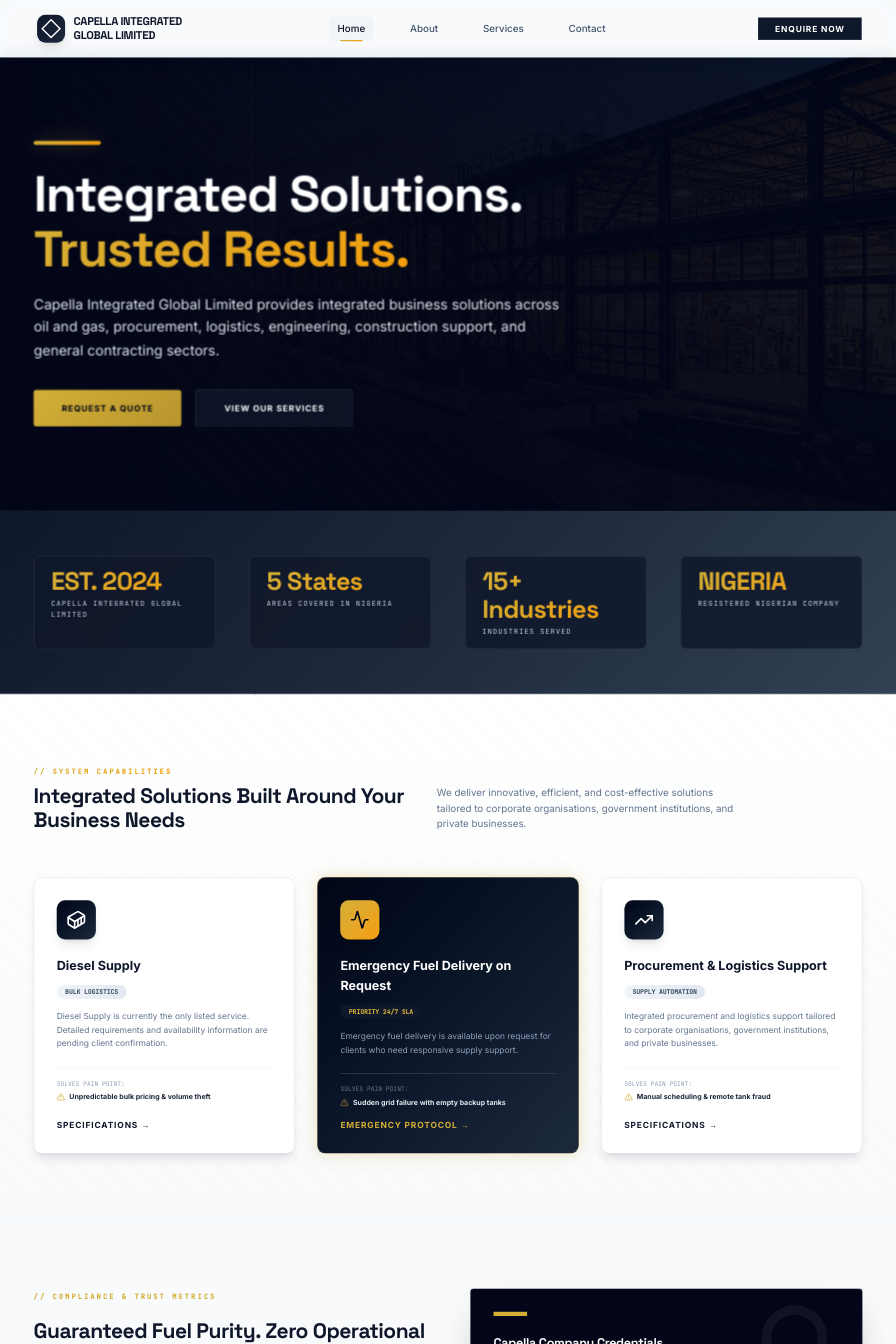
Repository: Jessic-asomugha/primo
Page: /
The author's editor kept a copy of each file at every save. The page is drawn from the files as they stood at one save, then again after the next save.
The browser window is 1280 px wide. The pictures show the part of the page from y = 0 to 1920 px (the page is 4037 px tall), at 70% of full size.
The project was rebuilt for these pictures with package versions that can differ from the ones it lists, and the page was loaded fresh each time. Also part of the build but not shown: vite.config.ts, src/components/AboutView.tsx, src/components/ServicesView.tsx, src/components/ContactView.tsx, src/components/EnquiryView.tsx.

Above is the page before, as saved 2026-08-06 12:17:08.

### index.html
<!doctype html>
<html lang="en">
  <head>
    <meta charset="UTF-8" />
    <meta name="viewport" content="width=device-width, initial-scale=1.0" />
    <meta name="description" content="Capella Integrated Global Limited provides integrated business solutions in Nigeria." />
    <title>Capella Integrated Global Limited | Integrated Solutions. Trusted Results.</title>
  </head>
  <body>
    <div id="root"></div>
    <script type="module" src="/src/main.tsx"></script>
  </body>
</html>

### src/main.tsx
import {StrictMode} from 'react';
import {createRoot} from 'react-dom/client';
import App from './App.tsx';
import './index.css';

createRoot(document.getElementById('root')!).render(
  <StrictMode>
    <App />
  </StrictMode>,
);

### src/App.tsx
/**
 * @license
 * SPDX-License-Identifier: Apache-2.0
 */

import React, { useState, useEffect } from 'react';
import { ActiveView } from './types';
import Header from './components/Header';
import Footer from './components/Footer';
import HomeView from './components/HomeView';
import AboutView from './components/AboutView';
import ServicesView from './components/ServicesView';
import ContactView from './components/ContactView';
import EnquiryView from './components/EnquiryView';

export default function App() {
  const [currentView, setView] = useState<ActiveView>(ActiveView.HOME);
  const [selectedServiceInquiry, setSelectedServiceInquiry] = useState<string>('');

  // Scroll to top on view changes
  useEffect(() => {
    window.scrollTo({ top: 0, behavior: 'instant' as any });
  }, [currentView]);

  // View dispatcher
  const renderView = () => {
    switch (currentView) {
      case ActiveView.HOME:
        return <HomeView setView={setView} />;
      case ActiveView.ABOUT:
        return <AboutView setView={setView} />;
      case ActiveView.SERVICES:
        return <ServicesView setView={setView} setSelectedServiceInquiry={setSelectedServiceInquiry} />;
      case ActiveView.CONTACT:
        return (
          <ContactView
            selectedServiceInquiry={selectedServiceInquiry}
            setSelectedServiceInquiry={setSelectedServiceInquiry}
          />
        );
      case ActiveView.ENQUIRY:
        return <EnquiryView selectedServiceInquiry={selectedServiceInquiry} setSelectedServiceInquiry={setSelectedServiceInquiry} />;
      default:
        return <HomeView setView={setView} />;
    }
  };

  return (
    <div className="min-h-screen flex flex-col bg-slate-50 text-slate-800">

      {/* Header element */}
      <Header currentView={currentView} setView={setView} />

      {/* Main view container */}
      <main className="flex-grow">
        {renderView()}
      </main>

      {/* Footer element */}
      <Footer setView={setView} currentView={currentView} />

    </div>
  );
}

### src/index.css
@import url('https://fonts.googleapis.com/css2?family=Inter:wght@400;500;600;700&family=Space+Grotesk:wght@500;600;700&family=JetBrains+Mono:wght@400;500&display=swap');
@import "tailwindcss";

@theme {
  --font-sans: "Inter", ui-sans-serif, system-ui, sans-serif;
  --font-display: "Space Grotesk", sans-serif;
  --font-mono: "JetBrains Mono", ui-monospace, SFMono-Regular, monospace;

  /* Custom Corporate Industrial Theme - Professional Polish Theme */
  --color-brand-900: #0f172a; /* slate-900 */
  --color-brand-850: #1e293b; /* slate-800 */
  --color-brand-800: #1e293b;
  --color-brand-700: #334155; /* slate-700 */
  --color-brand-600: #475569; /* slate-600 */
  --color-brand-100: #f1f5f9; /* slate-100 */
  --color-brand-50: #f8fafc;  /* slate-50 */
  --color-brand-orange: #D4AF37;
  --color-brand-orange-hover: #B8962E;
  --color-brand-accent: #f59e0b;
}

/* Custom CSS Scrollbar and styling */
html {
  scroll-behavior: smooth;
  font-family: var(--font-sans);
}

body {
  background-color: #fafafa;
  color: #1e293b;
  overflow-x: hidden;
}

/* Custom fade-in and utility styles */
.text-display {
  font-family: var(--font-display);
}

.text-mono {
  font-family: var(--font-mono);
}

.industrial-pattern {
  background-image: repeating-linear-gradient(45deg, rgba(51, 65, 85, 0.15) 0, rgba(51, 65, 85, 0.15) 1px, transparent 0, transparent 50%);
  background-size: 40px 40px;
}

.industrial-pattern-dark {
  background-image: repeating-linear-gradient(45deg, rgba(51, 65, 85, 0.4) 0, rgba(51, 65, 85, 0.4) 1px, transparent 0, transparent 50%);
  background-size: 40px 40px;
}

/* Modern Animations */
@keyframes fadeInUp {
  from {
    opacity: 0;
    transform: translateY(30px);
  }
  to {
    opacity: 1;
    transform: translateY(0);
  }
}

@keyframes fadeIn {
  from { opacity: 0; }
  to { opacity: 1; }
}

@keyframes slideInLeft {
  from {
    opacity: 0;
    transform: translateX(-30px);
  }
  to {
    opacity: 1;
    transform: translateX(0);
  }
}

@keyframes slideInRight {
  from {
    opacity: 0;
    transform: translateX(30px);
  }
  to {
    opacity: 1;
    transform: translateX(0);
  }
}

@keyframes scaleIn {
  from {
    opacity: 0;
    transform: scale(0.9);
  }
  to {
    opacity: 1;
    transform: scale(1);
  }
}

@keyframes pulse-glow {
  0%, 100% {
    box-shadow: 0 0 20px rgba(212, 175, 55, 0.3);
  }
  50% {
    box-shadow: 0 0 40px rgba(212, 175, 55, 0.6);
  }
}

@keyframes gradient-shift {
  0% { background-position: 0% 50%; }
  50% { background-position: 100% 50%; }
  100% { background-position: 0% 50%; }
}

@keyframes float {
  0%, 100% { transform: translateY(0px); }
  50% { transform: translateY(-10px); }
}

.animate-fade-in-up {
  animation: fadeInUp 0.8s ease-out forwards;
}

.animate-fade-in {
  animation: fadeIn 0.6s ease-out forwards;
}

.animate-slide-in-left {
  animation: slideInLeft 0.8s ease-out forwards;
}

.animate-slide-in-right {
  animation: slideInRight 0.8s ease-out forwards;
}

.animate-scale-in {
  animation: scaleIn 0.6s ease-out forwards;
}

.animate-pulse-glow {
  animation: pulse-glow 2s ease-in-out infinite;
}

.animate-gradient-shift {
  background-size: 200% 200%;
  animation: gradient-shift 8s ease infinite;
}

.animate-float {
  animation: float 3s ease-in-out infinite;
}

/* Glass morphism effect */
.glass {
  background: rgba(255, 255, 255, 0.1);
  backdrop-filter: blur(10px);
  -webkit-backdrop-filter: blur(10px);
  border: 1px solid rgba(255, 255, 255, 0.2);
}

.glass-dark {
  background: rgba(15, 23, 42, 0.8);
  backdrop-filter: blur(10px);
  -webkit-backdrop-filter: blur(10px);
  border: 1px solid rgba(255, 255, 255, 0.1);
}

/* Gradient backgrounds */
.gradient-primary {
  background: linear-gradient(135deg, #0f172a 0%, #1e293b 50%, #334155 100%);
}

.gradient-orange {
  background: linear-gradient(135deg, #D4AF37 0%, #B8962E 100%);
}

.gradient-text {
  background: linear-gradient(135deg, #D4AF37 0%, #f59e0b 100%);
  -webkit-background-clip: text;
  -webkit-text-fill-color: transparent;
  background-clip: text;
}

/* Card hover effects */
.card-hover {
  transition: all 0.4s cubic-bezier(0.4, 0, 0.2, 1);
}

.card-hover:hover {
  transform: translateY(-8px);
  box-shadow: 0 25px 50px -12px rgba(0, 0, 0, 0.25);
}

/* Button enhancements */
.btn-primary {
  background: linear-gradient(135deg, #D4AF37 0%, #B8962E 100%);
  transition: all 0.3s ease;
  position: relative;
  overflow: hidden;
}

.btn-primary::before {
  content: '';
  position: absolute;
  top: 0;
  left: -100%;
  width: 100%;
  height: 100%;
  background: linear-gradient(90deg, transparent, rgba(255, 255, 255, 0.2), transparent);
  transition: left 0.5s ease;
}

.btn-primary:hover::before {
  left: 100%;
}

.btn-primary:hover {
  transform: translateY(-2px);
  box-shadow: 0 10px 30px rgba(212, 175, 55, 0.4);
}

/* Section dividers */
.section-divider {
  height: 1px;
  background: linear-gradient(90deg, transparent, rgba(212, 175, 55, 0.5), transparent);
}

/* Image hover effects */
.image-zoom {
  overflow: hidden;
}

.image-zoom img {
  transition: transform 0.6s ease;
}

.image-zoom:hover img {
  transform: scale(1.1);
}

/* Scrollbar styling */
::-webkit-scrollbar {
  width: 10px;
}

::-webkit-scrollbar-track {
  background: #f1f5f9;
}

::-webkit-scrollbar-thumb {
  background: linear-gradient(135deg, #D4AF37 0%, #B8962E 100%);
  border-radius: 5px;
}

::-webkit-scrollbar-thumb:hover {
  background: linear-gradient(135deg, #B8962E 0%, #D4AF37 100%);
}

### src/types.ts
/**
 * @license
 * SPDX-License-Identifier: Apache-2.0
 */

export enum ActiveView {
  HOME = 'home',
  ABOUT = 'about',
  SERVICES = 'services',
  CONTACT = 'contact',
  ENQUIRY = 'enquiry',
  ADMIN_INBOX = 'admin_inbox'
}

export interface ContactSubmission {
  id: string;
  name: string;
  email: string;
  company: string;
  phone: string;
  serviceInterest: string;
  message: string;
  createdAt: string;
  status: 'unread' | 'contacted' | 'resolved';
}

export interface Service {
  id: string;
  title: string;
  slug: string;
  category: string;
  shortDescription: string;
  fullDescription: string;
  specifications: string[];
  features: string[];
  iconName: string;
}

export interface Testimonial {
  id: string;
  quote: string;
  author: string;
  role: string;
  company: string;
  rating: number;
}

export interface FAQItem {
  id: string;
  question: string;
  answer: string;
  category: string;
}

export interface ValueItem {
  id: string;
  title: string;
  description: string;
  iconName: string;
}

export interface SectorItem {
  id: string;
  title: string;
  description: string;
  marketShare: string;
  iconName: string;
  fullDescription?: string;
  image?: string;
}

### src/components/Header.tsx
/**
 * @license
 * SPDX-License-Identifier: Apache-2.0
 */

import React, { useState } from 'react';
import { ActiveView } from '../types';
import { Factory, Menu, X, ArrowRight } from 'lucide-react';

interface HeaderProps {
  currentView: ActiveView;
  setView: (view: ActiveView) => void;
}

export default function Header({ currentView, setView }: HeaderProps) {
  const [mobileMenuOpen, setMobileMenuOpen] = useState(false);

  const navigationItems = [
    { name: 'Home', view: ActiveView.HOME },
    { name: 'About', view: ActiveView.ABOUT },
    { name: 'Services', view: ActiveView.SERVICES },
    { name: 'Contact', view: ActiveView.CONTACT },
  ];

  const handleNavClick = (view: ActiveView) => {
    setView(view);
    setMobileMenuOpen(false);
  };

  return (
    <header className="sticky top-0 z-50 w-full border-b border-slate-200/80 glass shadow-lg">
      <div className="mx-auto flex h-20 max-w-7xl items-center justify-between px-6 sm:px-8 lg:px-12">

        {/* Brand Logo */}
        <button
          onClick={() => handleNavClick(ActiveView.HOME)}
          className="group flex items-center gap-3 text-left focus:outline-none focus:ring-2 focus:ring-brand-orange focus:ring-offset-2 rounded-lg p-1 transition-all hover:scale-105"
          id="btn-nav-logo"
        >
          <div className="w-10 h-10 bg-gradient-to-br from-slate-900 to-slate-800 flex items-center justify-center transition-all duration-300 group-hover:from-brand-orange group-hover:to-brand-accent shadow-lg rounded-xl">
            <div className="w-5 h-5 border-2 border-white transform rotate-45"></div>
          </div>
          <div>
            <span className="text-display block text-sm sm:text-base font-extrabold tracking-tight text-slate-900 uppercase leading-tight group-hover:gradient-text transition-all">
              CAPELLA INTEGRATED<br />GLOBAL LIMITED
            </span>
          </div>
        </button>

        {/* Desktop Navigation */}
        <nav className="hidden md:flex items-center gap-10">
          {navigationItems.map((item) => (
            <button
              key={item.view}
              onClick={() => handleNavClick(item.view)}
              className={`text-sm font-medium transition-all relative py-2 px-3 rounded-lg hover:bg-slate-100 ${
                currentView === item.view
                  ? 'text-slate-900 font-bold bg-slate-100'
                  : 'text-slate-600 hover:text-slate-900'
              }`}
              id={`nav-${item.view}`}
            >
              {item.name}
              {currentView === item.view && (
                <span className="absolute bottom-0 left-1/2 -translate-x-1/2 h-0.5 w-8 bg-gradient-to-r from-brand-orange to-brand-accent rounded-full" />
              )}
            </button>
          ))}
        </nav>

        {/* Desktop CTA */}
        <div className="hidden md:flex items-center gap-4">
          {currentView === ActiveView.ADMIN_INBOX && (
            <button
              onClick={() => handleNavClick(ActiveView.HOME)}
              className="text-xs font-semibold text-slate-500 hover:text-slate-900 border border-slate-300 rounded-md px-3 py-1.5 hover:bg-slate-100 transition-all"
              id="btn-nav-exit-admin"
            >
              Exit Admin
            </button>
          )}
          <button
            onClick={() => handleNavClick(ActiveView.ENQUIRY)}
            className="px-6 py-2 bg-slate-900 hover:bg-brand-orange text-white text-xs font-bold uppercase tracking-widest transition-all active:scale-95"
            id="btn-nav-cta"
          >
            Enquire Now
          </button>
        </div>

        {/* Mobile menu button */}
        <div className="flex md:hidden items-center gap-3">
          {currentView === ActiveView.ADMIN_INBOX && (
            <span className="bg-slate-100 text-slate-700 text-[10px] font-mono px-2 py-1 rounded">ADMIN</span>
          )}
          <button
            onClick={() => setMobileMenuOpen(!mobileMenuOpen)}
            className="rounded-md p-2 text-slate-600 hover:bg-slate-100 hover:text-slate-900 focus:outline-none"
            aria-label="Toggle navigation menu"
            id="btn-mobile-menu"
          >
            {mobileMenuOpen ? <X className="h-6 w-6" /> : <Menu className="h-6 w-6" />}
          </button>
        </div>
      </div>

      {/* Mobile menu panel */}
      {mobileMenuOpen && (
        <div className="md:hidden border-b border-slate-200 bg-white px-6 py-6 transition-all" id="mobile-nav-panel">
          <div className="flex flex-col gap-4">
            {navigationItems.map((item) => (
              <button
                key={item.view}
                onClick={() => handleNavClick(item.view)}
                className={`text-left text-base font-semibold py-2 px-3 rounded-lg transition-all ${
                  currentView === item.view
                    ? 'bg-orange-50 text-brand-orange'
                    : 'text-slate-700 hover:bg-slate-50 hover:text-slate-900'
                }`}
                id={`nav-mob-${item.view}`}
              >
                {item.name}
              </button>
            ))}
            <div className="border-t border-slate-100 pt-4 mt-2">
              <button
                onClick={() => handleNavClick(ActiveView.ENQUIRY)}
                className="flex w-full items-center justify-center gap-2 bg-slate-900 py-3 text-center text-xs font-bold uppercase tracking-widest text-white transition-all hover:bg-brand-orange"
                id="btn-nav-mob-cta"
              >
                Enquire Now
              </button>
            </div>
          </div>
        </div>
      )}
    </header>
  );
}

### src/data.ts
import { Service, Testimonial, FAQItem, ValueItem, SectorItem } from './types';
import heroImage from './assets/images/primo_hero_industrial_1784470497336.jpg';
import serveImage from './assets/images/primo_who_we_serve_1784470511197.jpg';
import serviceImage from './assets/images/primo_featured_service_1784470522808.jpg';
import telemetryImage from './assets/images/primo_logistics_telemetry_1784478598465.jpg';

export const COMPANY = {
  name: 'Capella Integrated Global Limited', tagline: 'Integrated Solutions. Trusted Results.', yearEstablished: 2024,
  address: 'Plot 471, behind Banilux Motors, FCT, Abuja', phones: ['07062062322', '09048486637'], email: 'info@capella.com.ng',
};
export const ASSETS = { hero: heroImage, whoWeServe: serveImage, featuredService: serviceImage, telemetry: telemetryImage };
export const SECTORS: SectorItem[] = [
  {
    id: 'sec-1',
    title: 'Oil & Gas',
    description: 'Integrated business solutions for organisations in the oil and gas sector.',
    marketShare: 'Industries served',
    iconName: 'Activity',
    fullDescription: 'We serve oil and gas industries with comprehensive fuel logistics solutions, ensuring reliable diesel supply for drilling operations, refineries, and offshore facilities. Our emergency delivery capabilities keep your operations running 24/7.',
    image: serveImage
  },
  {
    id: 'sec-2',
    title: 'Construction & Manufacturing',
    description: 'Support for construction companies and manufacturing industries.',
    marketShare: 'Industries served',
    iconName: 'Building2',
    fullDescription: 'Construction and manufacturing sectors rely on our bulk diesel supply to power heavy machinery, generators, and equipment. We provide scheduled deliveries and emergency backup to prevent costly downtime on critical projects.',
    image: heroImage
  },
  {
    id: 'sec-3',
    title: 'Public & Institutional',
    description: 'Support for government agencies, hospitals, schools and universities.',
    marketShare: 'Industries served',
    iconName: 'Container',
    fullDescription: 'Public institutions and government agencies trust Capella for consistent fuel supply to power essential services. From hospitals requiring backup generator fuel to universities maintaining campus operations, we ensure uninterrupted energy access.',
    image: serviceImage
  },
  {
    id: 'sec-4',
    title: 'Commercial & Community',
    description: 'Support for hotels, estates, banks, restaurants, churches and other businesses.',
    marketShare: 'Industries served',
    iconName: 'Wrench',
    fullDescription: 'Commercial establishments and community businesses depend on reliable fuel for generators, vehicles, and operations. We serve hotels, estates, banks, restaurants, and religious institutions with tailored delivery schedules and competitive pricing.',
    image: telemetryImage
  },
];
export const SERVICES: Service[] = [{
  id: 'srv-1', title: 'Diesel Supply', slug: 'diesel-supply', category: 'Service Details Pending',
  shortDescription: 'Diesel Supply is currently the only listed service. Detailed requirements and availability information are pending client confirmation.',
  fullDescription: 'Contact Capella Integrated Global Limited to discuss your requirements. Service description, specifications, and best-fit information will be published once confirmed by the client.',
  specifications: ['Service description pending client confirmation', 'Availability details pending client confirmation', 'Best-fit information pending client confirmation'],
  features: ['Registered Nigerian Company', 'Professional workforce', 'Reliable logistics', 'Customer-focused service'], iconName: 'Container',
}, {
  id: 'srv-2', title: 'Emergency Fuel Delivery on Request', slug: 'emergency-fuel-delivery', category: 'On-Request Support',
  shortDescription: 'Emergency fuel delivery is available upon request for clients who need responsive supply support.',
  fullDescription: 'Contact Capella to discuss emergency fuel delivery requirements, location, timing, and availability.',
  specifications: ['Available upon request', 'Coverage and timing confirmed per enquiry', 'Contact details required for assessment'],
  features: ['Reliable logistics', 'Customer-focused service', 'Professional workforce'], iconName: 'Clock',
}, {
  id: 'srv-3', title: 'Procurement & Logistics Support', slug: 'procurement-logistics-support', category: 'Integrated Business Solutions',
  shortDescription: 'Integrated procurement and logistics support tailored to corporate organisations, government institutions, and private businesses.',
  fullDescription: 'Capella provides integrated solutions across procurement and logistics, shaped around each client\'s requirements.',
  specifications: ['Requirements assessed per client', 'Areas covered: Abuja, Kaduna, Nasarawa, Niger State, and Kogi', 'International partnerships available upon request'],
  features: ['Experienced management', 'Professional workforce', 'Competitive pricing'], iconName: 'TrendingUp',
}];
export const TESTIMONIALS: Testimonial[] = [{ id: 't-1', quote: 'Capella Integrated Global delivers complete business solutions backed by professionalism, integrity, and timely execution.', author: 'Capella Integrated Global Limited', role: 'Our commitment', company: 'Integrated Solutions. Trusted Results.', rating: 5 }];
export const VALUES: ValueItem[] = [
  { id: 'val-1', title: 'Integrity', description: 'We act with integrity in every engagement.', iconName: 'ShieldCheck' },
  { id: 'val-2', title: 'Professionalism', description: 'We provide professional support tailored to client needs.', iconName: 'Target' },
  { id: 'val-3', title: 'Innovation', description: 'We deliver innovative business solutions.', iconName: 'Award' },
  { id: 'val-4', title: 'Quality', description: 'We focus on quality service and dependable performance.', iconName: 'TrendingUp' },
];
export const FAQS: FAQItem[] = [
  { id: 'faq-1', question: 'What does Capella Integrated Global Limited do?', answer: 'We provide integrated business solutions across oil and gas, procurement, logistics, engineering, construction support, and general contracting.', category: 'About Capella' },
  { id: 'faq-2', question: 'Who do you serve?', answer: 'We serve corporate organisations, government institutions, and private businesses across a range of industries.', category: 'Industries' },
  { id: 'faq-3', question: 'Which areas do you cover?', answer: 'Our areas covered are Abuja (FCT), Kaduna, Nasarawa, Niger State, and Kogi.', category: 'Coverage' },
];

Loaded but not shown: src/components/HomeView.tsx (588 lines, source omitted); src/components/Footer.tsx (168 lines, source omitted)

After the next save:
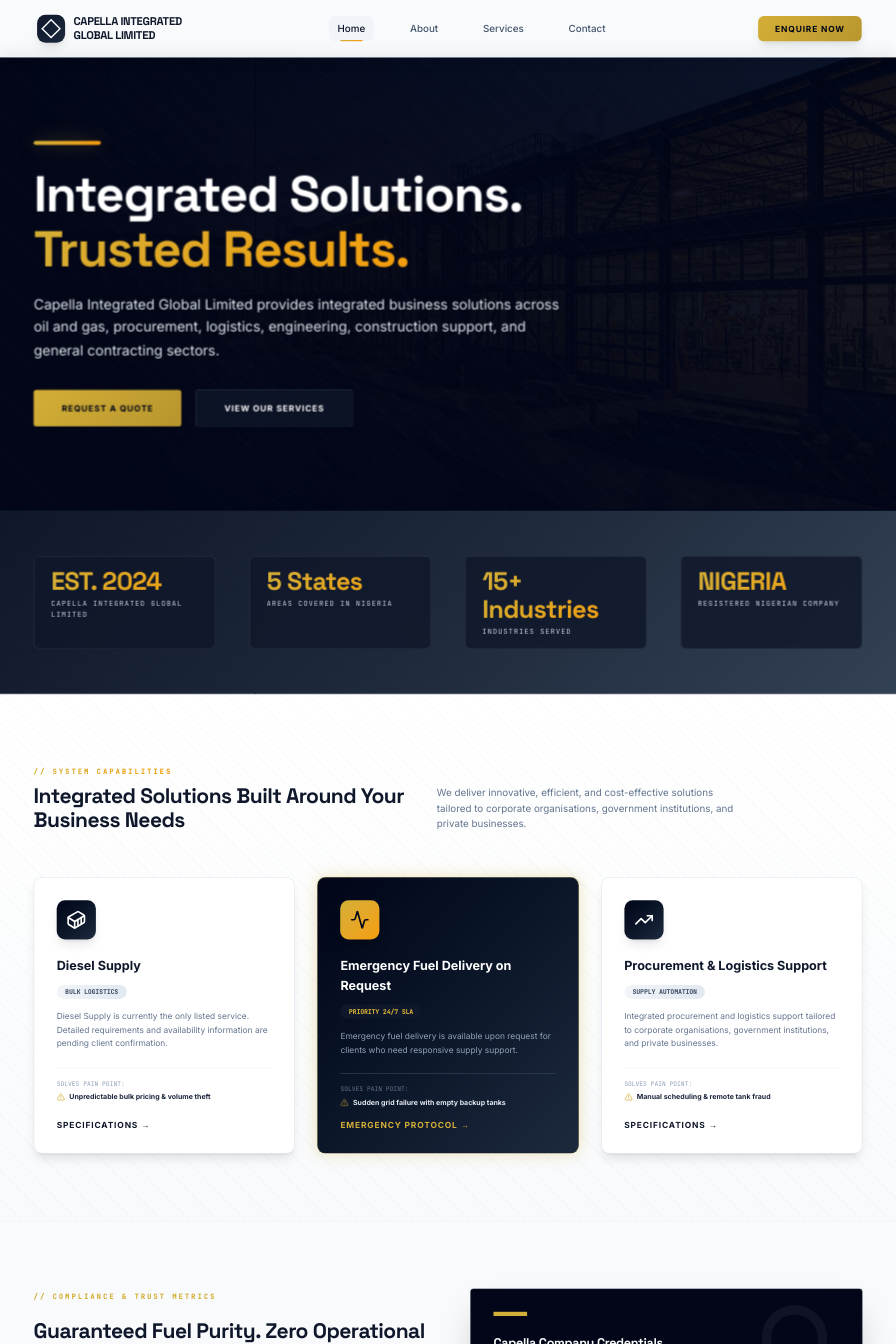
Saved 7 s later.
--- a/src/components/Header.tsx
+++ b/src/components/Header.tsx
@@ -81,7 +81,7 @@ export default function Header({ currentView, setView }: HeaderProps) {
           )}
           <button
             onClick={() => handleNavClick(ActiveView.ENQUIRY)}
-            className="px-6 py-2 bg-slate-900 hover:bg-brand-orange text-white text-xs font-bold uppercase tracking-widest transition-all active:scale-95"
+            className="btn-primary px-6 py-2.5 text-slate-950 text-xs font-bold uppercase tracking-widest rounded-lg shadow-lg"
             id="btn-nav-cta"
           >
             Enquire Now
